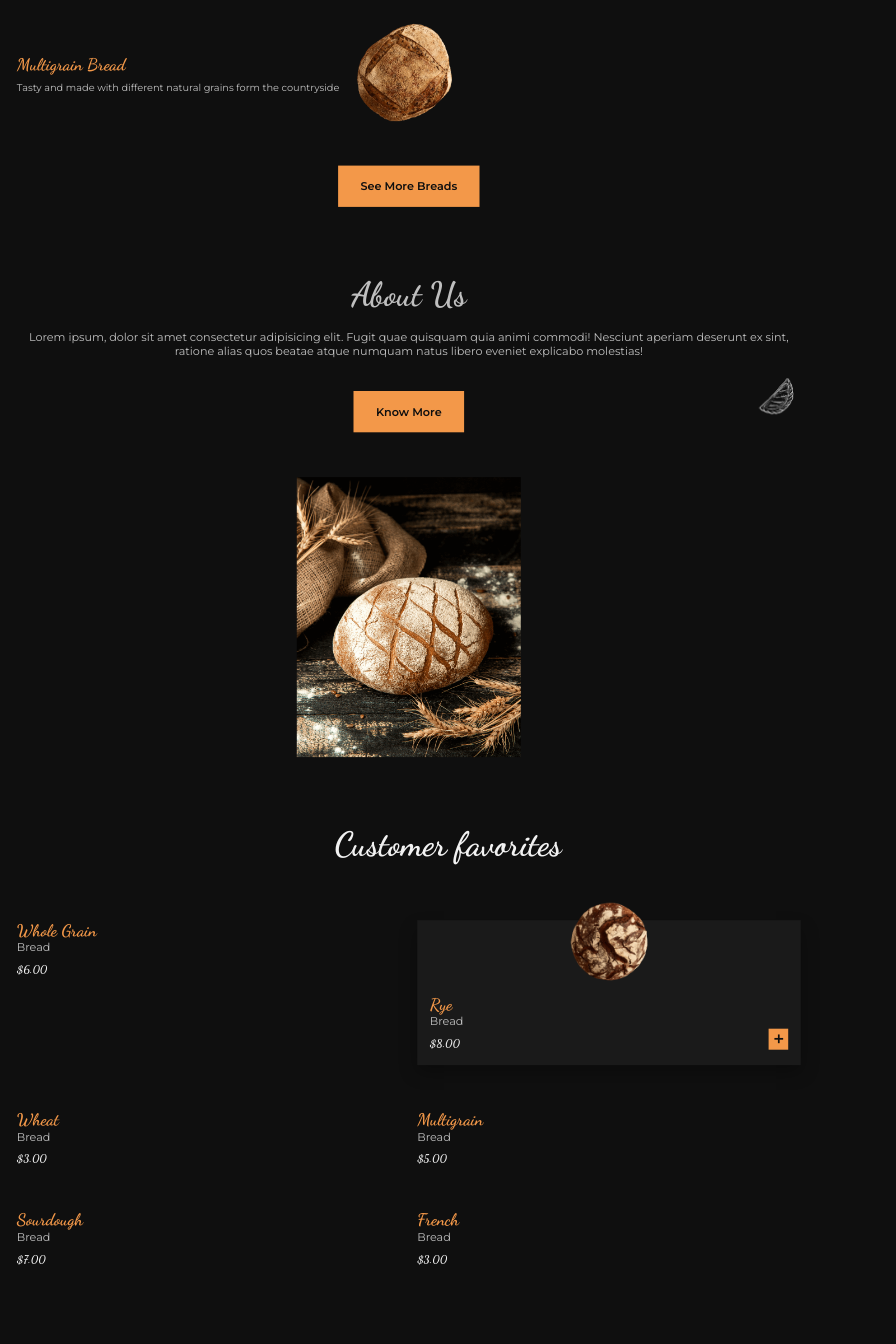
Repository: dinhhaidh/Bakery-web
Page: index.html
The author's editor kept a copy of each file at every save. The page is drawn from the files as they stood at one save, then again after the next save.
The browser window is 1280 px wide. The pictures show the part of the page from y = 1521 to 3441 px (the page is 3441 px tall), at 70% of full size.
Some web libraries are served in a nearby version.

Above is the page before, as saved 2024-01-16 15:24:32.

### index.html
<!DOCTYPE html>
<html lang="en">
  <head>
    <meta charset="UTF-8" />
    <meta name="viewport" content="width=device-width, initial-scale=1.0" />

    <!--=============== FAVICON ===============-->
    <link rel="shortcut icon" href="assets/img/favicon.png" type="image/x-icon"/>
    <!--=============== REMIXICONS ===============-->
    <link rel="stylesheet"  href="https://cdnjs.cloudflare.com/ajax/libs/remixicon/3.7.0/remixicon.css"/>
    <!--=============== CSS ===============-->
    <link rel="stylesheet" href="./css/style.css"/>

    <title>Responsive bakery website - Bedimcode</title>
  </head>
  <body>
    <!--==================== HEADER ====================-->
    <header class="header" id="header">
        <nav class="nav container">
            <a href="#" class="nav__logo">Bakery</a>
            <div class="nav__menu" id="nav-menu">
                <ul class="nav__list">
                    <li class="nav__item">
                        <a href="#home" class="nav__link">Home</a>
                    </li>
                    <li class="nav__item">
                        <a href="#new" class="nav__link">News</a>
                    </li>
                    <li class="nav__item">
                        <a href="#about" class="nav__link">About Us</a>
                    </li>
                    <li class="nav__item">
                        <a href="#favorite" class="nav__link">Favorites</a>
                    </li>
                    <li class="nav__item">
                        <a href="#visit" class="nav__link">Location</a>
                    </li>
                </ul>
                <div class="nav__close" id="nav-close">
                    <i class="ri-close-line"></i>
                </div>

                <img src="./img/bread-4.png" alt="image" class="nav__img-1">
                <img src="./img/bread-1.png" alt="image" class="nav__img-2">
            </div>

            <!-- toggle button -->
            <div class="nav__toggle" id="nav-toggle">
                <i class="ri-menu-line"></i>
            </div>
        </nav>
    </header>

    <!--==================== MAIN ====================-->
    <main class="main">
      <!--==================== HOME ====================-->
      <section class="home section" id="home">
        <img src="./img/home-bg.jpg" alt="image" class="home__bg">
        <div class="home__shadow"></div>
        <div class="home__container container grid">
            <div class="home__data">
                <h1 class="home__title">
                    Select The Best.<br> Quality Breads
                </h1>
                <a href="#" class="button">Select breads</a>

                <img src="./img/bread-1.png" alt="image" class="home__bread">
            </div>
            <div class="home__image">
                <img src="./img/home-bread.png" alt="image" class="home__img">
            </div>
            <footer class="home__footer">
                <div class="home__location">
                    <i class="ri-map-pin-line"></i>
                    <span>Av. The Sun #321 <br> Lima Peru</span>
                </div>
                <div class="home__social">
                    <a href="https://www.facebook.com/" target="_blank">

                        <i class="ri-facebook-circle-line"></i>
                    </a>
                    <a href="https://www.instagram.com/
                    " target="_blank">
                        <i class="ri-instagram-line"></i>
                    </a>
                    <a href="https://www.youtube.com/" target="_blank">
                        <i class="ri-youtube-line"></i>
                    </a>
                </div>
            </footer>
        </div>
      </section>

      <!--==================== NEWS ====================-->
      <section class="new section" id="new">
        <h2 class="section__title">New breads</h2>

        <div class="new__container container grid">
            <div class="new__content grid">
                <article class="new__card">
                    <div class="new__data">
                        <h2 class="new__title">Rye Bread</h2>
                        <p class="new__description">
                            Baked width healthy, gluten-free
                            sourdough for good nutrition.
                        </p>
                    </div>
                    <img src="./img/new-bread-1.png" alt="image" class="new__img">
                </article>
                <article class="new__card">
                    <div class="new__data">
                        <h2 class="new__title">Whole grain bread</h2>
                        <p class="new__description">
                            Crispy and homemade prepared
                            form organic yeast-free flour
                        </p>
                    </div>
                    <img src="./img/new-bread-2.png"  alt="image" class="new__img">
                </article>
                <article class="new__card">
                    <div class="new__data">
                        <h2 class="new__title">Multigrain Bread</h2>
                        <p class="new__description">
                            Tasty and made with different
                            natural grains form the countryside
                        </p>
                    </div>
                    <img src="./img/new-bread-3.png"  alt="image" class="new__img">
                </article>
            </div>
            <a href="#" class="new__button button">See More Breads</a>
        </div>
      </section>

      <!--==================== ABOUT ====================-->
      <section class="about section" id="about">
        <div class="about__container container grid">
            <div class="about__data">
                <div class="section__title">About Us</div>

                <p class="about__description">
                    Lorem ipsum, dolor sit amet consectetur adipisicing elit. Fugit quae quisquam quia animi commodi! Nesciunt aperiam deserunt ex sint, ratione alias quos beatae atque numquam natus libero eveniet explicabo molestias!
                </p>
                <a href="#" class="button">Know More</a>
                <img src="./img/bread-2.png" alt="image" class="about__bread">
            </div>
            <img src="./img/about-bread.png" alt="" class="about__img">
        </div>
      </section>

      <!--==================== FAVORITES ====================-->
      <section class="favorite section" id="favorite">
        <h2 class="section__title">Customer favorites</h2>
        <div class="favorite__container container grid">
            <article class="article__card">
                <img src="./img/favorite-bread-1.png" alt="image" class="favorite__img">
                <div class="favorite__data">
                    <h2 class="favorite__title">Whole Grain</h2>
                    <span class="favorite__subtitle">Bread</span>
                    <h3 class="favorite__price">$6.00</h3>
                </div>
                <button class="favorite__button button">
                    <i class="ri-add-line"></i>
                </button>
            </article>
            <article class="favorite__card">
                <img src="./img/favorite-bread-2.png" alt="image" class="favorite__img">
                <div class="favorite__data">
                    <h2 class="favorite__title">Rye</h2>
                    <span class="favorite__subtitle">Bread</span>
                    <h3 class="favorite__price">$8.00</h3>
                </div>
                <button class="favorite__button button">
                    <i class="ri-add-line"></i>
                </button>
            </article>
            <article class="article__card">
                <img src="./img/favorite-bread-3.png" alt="image" class="favorite__img">
                <div class="favorite__data">
                    <h2 class="favorite__title">Wheat</h2>
                    <span class="favorite__subtitle">Bread</span>
                    <h3 class="favorite__price">$3.00</h3>
                </div>
                <button class="favorite__button button">
                    <i class="ri-add-line"></i>
                </button>
            </article>
            <article class="article__card">
                <img src="./img/favorite-bread-4.png" alt="image" class="favorite__img">
                <div class="favorite__data">
                    <h2 class="favorite__title">Multigrain</h2>
                    <span class="favorite__subtitle">Bread</span>
                    <h3 class="favorite__price">$5.00</h3>
                </div>
                <button class="favorite__button button">
                    <i class="ri-add-line"></i>
                </button>
            </article>
            <article class="article__card">
                <img src="./img/favorite-bread-5.png" alt="image" class="favorite__img">
                <div class="favorite__data">
                    <h2 class="favorite__title">Sourdough</h2>
                    <span class="favorite__subtitle">Bread</span>
                    <h3 class="favorite__price">$7.00</h3>
                </div>
                <button class="favorite__button button">
                    <i class="ri-add-line"></i>
                </button>
            </article>
            <article class="article__card">
                <img src="./img/favorite-bread-6.png" alt="image" class="favorite__img">
                <div class="favorite__data">
                    <h2 class="favorite__title">French</h2>
                    <span class="favorite__subtitle">Bread</span>
                    <h3 class="favorite__price">$3.00</h3>
                </div>
                <button class="favorite__button button">
                    <i class="ri-add-line"></i>
                </button>
            </article>
        </div>
      </section>

      <!--==================== VISIT ====================-->
      <section class="visit section" id="visit"></section>
    </main>

    <!--==================== FOOTER ====================-->
    <footer class="footer"></footer>

    <!--========== SCROLL UP ==========-->

    <!--=============== SCROLLREVEAL ===============-->
    <script src="./js/scrollreveal.min.js"></script>
    <script src="https://code.jquery.com/jquery-3.7.1.min.js"></script>

    <!--=============== MAIN JS ===============-->
    <script src="./js/main.js"></script>
  </body>
</html>

### css/style.css
/*=============== GOOGLE FONTS ===============*/
@import url("https://fonts.googleapis.com/css2?family=Dancing+Script:wght@700&family=Montserrat:wght@400;600;700&display=swap");

/*=============== VARIABLES CSS ===============*/
:root {
    --header-height: 3.5rem;

    /*========== Colors ==========*/
    /*Color mode HSL(hue, saturation, lightness)*/
    --first-color: hsl(28, 88%, 62%);
    --first-color-alt: hsl(28, 84%, 58%);
    --title-color: hsl(0, 0%, 95%);
    --text-color: hsl(0, 0%, 75%);
    --text-color-light: hsl(0, 0%, 65%);
    --black-color: hsl(0, 0%, 6%);
    --body-color: hsl(0, 0%, 6%);
    --container-color: hsl(0, 0%, 10%);

    /*========== Font and typography ==========*/
    /*.5rem = 8px | 1rem = 16px ...*/
    --body-font: "Montserrat", sans-serif;
    --second-font: "Dancing Script", cursive;
    --biggest-font-size: 3rem;
    --bigger-font-size: 2rem;
    --h1-font-size: 1.5rem;
    --h2-font-size: 1.25rem;
    --h3-font-size: 1rem;
    --normal-font-size: .938rem;
    --small-font-size: .813rem;

    /*========== Font weight ==========*/
    --font-regular: 400;
    --font-semi-bold: 600;
    --font-bold: 700;

    /*========== z index ==========*/
    --z-tooltip: 10;
    --z-fixed: 100;
}

/*========== Responsive typography ==========*/
@media screen and (min-width: 1150px) {
    :root {
        --biggest-font-size: 5rem;
        --bigger-font-size: 3rem;
        --h1-font-size: 2.25rem;
        --h2-font-size: 1.5rem;
        --h3-font-size: 1.25rem;
        --normal-font-size: 1rem;
        --small-font-size: .875rem;
    }
}

/*=============== BASE ===============*/
* {
    box-sizing: border-box;
    padding: 0;
    margin: 0;
}

html {
    scroll-behavior: smooth;
}

body,
button {
    font-family: var(--body-font);
    font-size: var(--normal-font-size);
}

body {
    background-color: var(--body-color);
    color: var(--text-color);
}

button {
    border: none;
    outline: none;
}

h1,
h2,
h3,
h4 {
    color: var(--title-color);
    font-weight: var(--font-bold);
}

ul {
    list-style: none;
}

a {
    text-decoration: none;
}

img {
    display: block;
    max-width: 100%;
    height: auto;
}

/*=============== REUSABLE CSS CLASSES ===============*/
.container {
    max-width: 1120px;
    margin-inline: 1.5rem;
}

.grid {
    display: grid;
    gap: 1.5rem;
}

.section {
    padding-block: 5rem 1rem;
}

.section__title {
    font-size: var(--bigger-font-size);
    font-family: var(--second-font);
    margin-bottom: 1.5rem;
    text-align: center;
}

.main {
    overflow: hidden;
    /* For animation ScrollReveal */
}

/*=============== HEADER & NAV ===============*/
.header{
    position: fixed;
    width: 100%;
    top: 0;
    left: 0;
    background-color: transparent;
    z-index: var(--z-fixed);
}
.nav{
    position: relative;
    height: var(--header-height);
    display: flex;
    justify-content: space-between;
    align-items: center;
}
.nav__logo{
    color: var(--first-color);
    font-size: var(--h2-font-size);
    font-family: var(--second-font);
    transition: color .4s;
}
.nav__logo:hover{
    color: var(--first-color-alt);
}
.nav__close,
.nav__toggle{
    font-size: 1.5rem;
    color: var(--title-color);
    cursor: pointer;
}

/* Navigation for mobile devices */
/* responsive */
@media screen and (max-width: 1150px) {
    .nav__menu{
        position: fixed;
        top: 0;
        right: -100%;
        background-color: hsla(0,0%,6%, .2);
        backdrop-filter: blur(16px);
        -webkit-backdrop-filter: blur(16px);
        width: 80%;
        height: 100%;
        padding: 6rem 3rem 0;
        transition: right .4s;
    }
    .nav__list{
        display: flex;
        flex-direction: column;
        row-gap: 2.5rem;
    }
    .nav__link{
        color: var(--title-color);
        font-weight: var(--font-semi-bold);
        transition: color .4s;
    }
    .nav__link:hover{
        color: var(--first-color);
    }
    .nav__close,
    .nav__img-1,
    .nav__img-2{
        position: absolute;
    }
    .nav__close{
        top: 1rem;
        right: 1.5rem;
    }
    .nav__img-1{
        width: 80px;
        top: 11rem;
        right: 0.75rem;
    }
    .nav__img-2{
        width: 60px;
        top: 28rem;
        left: 6rem;
    }
}

/* Show menu */
.show-menu{
    right: 0;
}

/* Add blur header */
/* Thêm tiêu đề mờ, khi kéo xuống hiển thị thanh nngang fixed */
.blur-header::after{
    content: '';
    position: absolute;
    width: 100%;
    height: 100%;
    background-color: hsla(0, 0%, 6%, .2);
    backdrop-filter: blur(16px);
    -webkit-backdrop-filter: blur(16px);
    top: 0;
    left: 0;
    z-index: -1;
}

/* Active link */


/*=============== HOME ===============*/
.home{
    position: relative;
    padding-top: 6.5rem;
}
.home__container{
    row-gap: 2rem;
}
.home__bg,
.home__shadow{
    position: absolute;
    top: 0;
    left: 0;
    width: 100%;
    height: 100%;
    z-index: -1;
}
.home__bg{
    object-fit: cover;
    object-position: center;
}
.home__shadow{
    background: linear-gradient(180deg, hsla(0, 0%, 0%, 0) 0%, hsl(0, 0%, 6%) 100%);

}
.home__data{
    position: relative;
    text-align: center;
}
.home__title{
    font-size: var(--biggest-font-size);
    font-family: var(--second-font);
    margin-bottom: 1.5rem;
}
.home__bread{
    width: 50px;
    position: absolute;
    top: 15rem;
    left: 4rem;
}
.home__image{
    max-width: 400px;
    justify-self: center;
}
.home__img{
    rotate: 15deg;
}
.home__footer,
.home__location,
.home__social{
    display: flex;
}
.home__footer{
    justify-content: space-between;
    align-items: center;
}
.home__location{
    align-items: center;
    column-gap: .5rem;
}
.home__location i{
    font-size: 1.5rem;
    color: var(--first-color);
}
.home__location span{
    color: var(--title-color);
    font-size: var(--small-font-size);
}
.home__social{
    column-gap: 1rem;
}
.home__social a{
    color: var(--title-color);
    font-size: 1.5rem;
    transition: color 4s;
}
.home__social a:hover{
    color: var(--first-color);
}

/*=============== BUTTON ===============*/
.button{
    display: inline-flex;
    background-color: var(--first-color);
    color: var(--black-color);
    font-weight: var(--font-semi-bold);
    padding: 1.25rem 2rem;
    transition: background-color .4s;
}
.button:hover{
    background-color: var(--first-color-alt);
}

/*=============== NEW ===============*/
.new{

}
.new__container{
    padding-top: 1.5rem;
    row-gap: 3.5rem;
}
.new__content{
    row-gap: 2rem
}
.new__card{
    display: flex;
    column-gap: 1rem;
    align-items: center;
}
.new__card:nth-child(2) img{
    order: -1;
}
.new__img{
    width: 150px;
}
.new__data{

}
.new__title{
    font-size: var(--h2-font-size);
    font-family: var(--second-font);
    color: var(--first-color);
    margin-bottom: .5rem;
}
.new__description{
    font-size: var(--small-font-size);
}
.new__button{
    justify-self: center;
}

/*=============== ABOUT ===============*/
.about__container{
    row-gap: 4rem;
}
.about__data{
    position: relative;
    text-align: center;
}
.about__description{
    margin-bottom: 3rem;
}
.about__bread{
    width: 60px;
    position: absolute;
    bottom: 1rem;
    right: 0;
}
.about__img{
    width: 320px;
    justify-self: center;
}

/*=============== FAVORITES ===============*/
.favorite__container{
    padding-top: 3.5rem;
    grid-template-columns: repeat(2, 1fr);
    gap: 4rem 1.5rem;
}
.favorite__card{
position: relative;
background-color: var(--container-color);
box-shadow: 0 12px 24px hsla(0, 0%, 0%, .3 );
padding: 6.5rem 1rem 1.25rem;
border: 2px solid transparent;
transition: border-color .4s;
}
.favorite__img{
    width: 120px;
    position: absolute;
    top: -2rem;
    left: 0;
    right: 0;
    margin: 0 auto;
}

.favorite__title{
    font-size: var(--h2-font-size);
    font-family: var(--second-font);
    color: var(--first-color);
}
.favorite__subtitle{
    display: block;
    margin-bottom: 0.75rem;
}
.favorite__price{
    font-size: var(--normal-font-size);
    font-family: var(--second-font);
}
.favorite__button{
    padding: 0.25rem;
    font-size: 1.25rem;
    position: absolute;
    bottom: 1.25rem;
    right: 1rem;
    cursor: pointer;
}
.favorite__card:hover{
    border-color: var(--first-color);
}

/*=============== VISIT ===============*/


/*=============== FOOTER ===============*/


/*=============== SCROLL BAR ===============*/


/*=============== SCROLL UP ===============*/


/* Show Scroll Up */


/*=============== BREAKPOINTS ===============*/
/* For small devices */


/* For medium devices */


/* For large devices */

Loaded but not shown: js/scrollreveal.min.js (library); js/main.js (no copy from this time; the picture is the same without it)

After the next save:
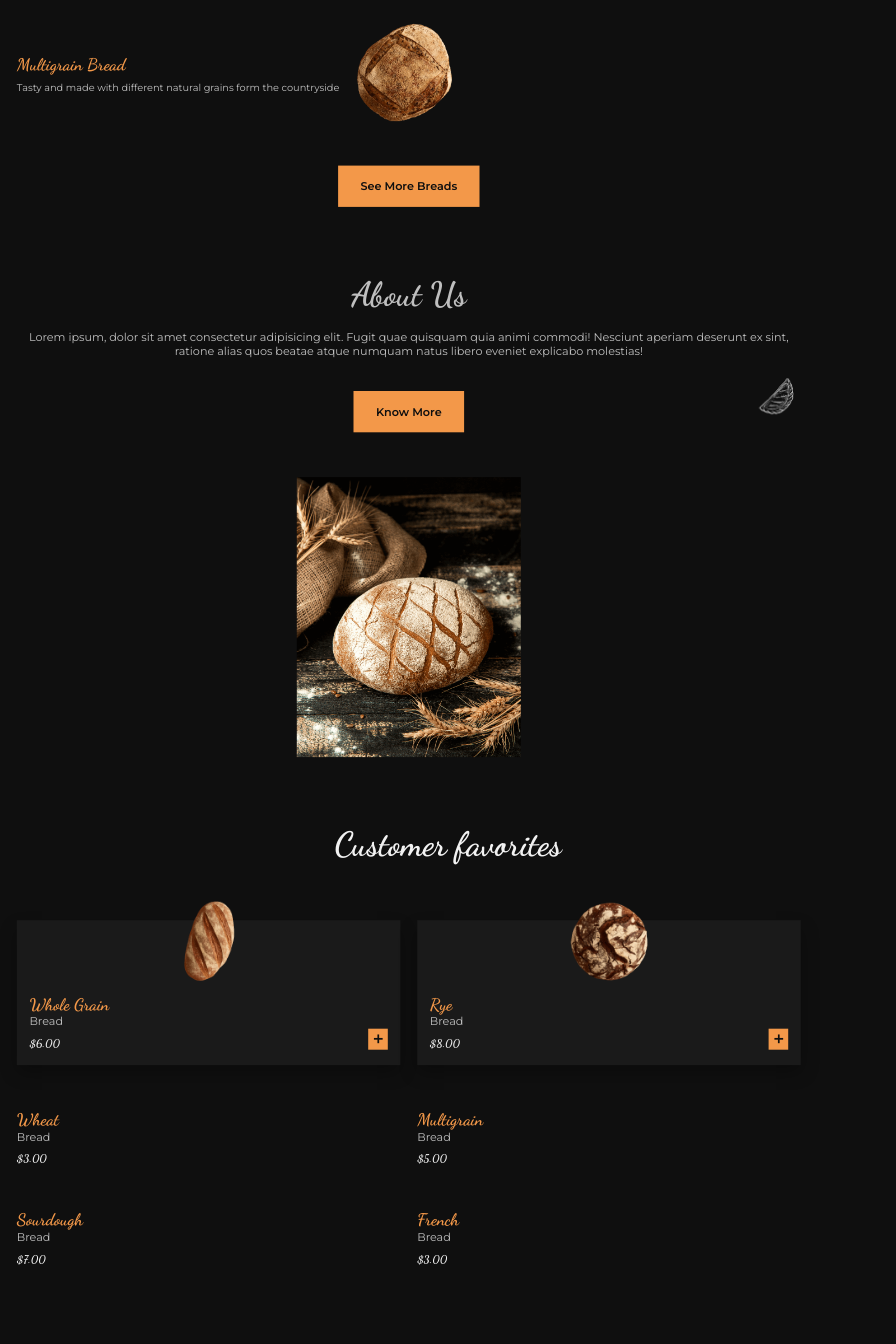
Saved 9 s later.
--- a/index.html
+++ b/index.html
@@ -152,7 +152,7 @@
       <section class="favorite section" id="favorite">
         <h2 class="section__title">Customer favorites</h2>
         <div class="favorite__container container grid">
-            <article class="article__card">
+            <article class="favorite__card">
                 <img src="./img/favorite-bread-1.png" alt="image" class="favorite__img">
                 <div class="favorite__data">
                     <h2 class="favorite__title">Whole Grain</h2>
